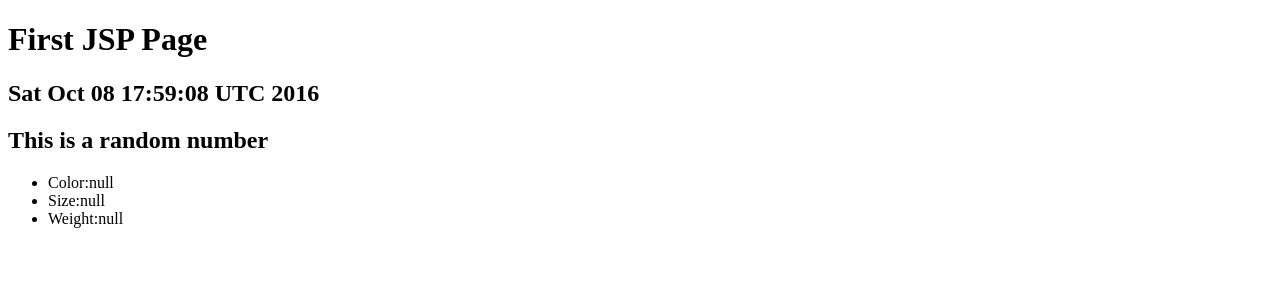
Repository: derekpwwong/jee-workspace
Page: http://localhost/WebServlet/example.jsp
An editor plug-in stored every save of this project. The page is shown before and after the next save, followed by the edit.
The browser window is 1280 px wide. The pictures show the whole page.
The page is served by Tomcat 9.

Above is the page before, as saved 2016-11-05 18:22:45.

After the next save:
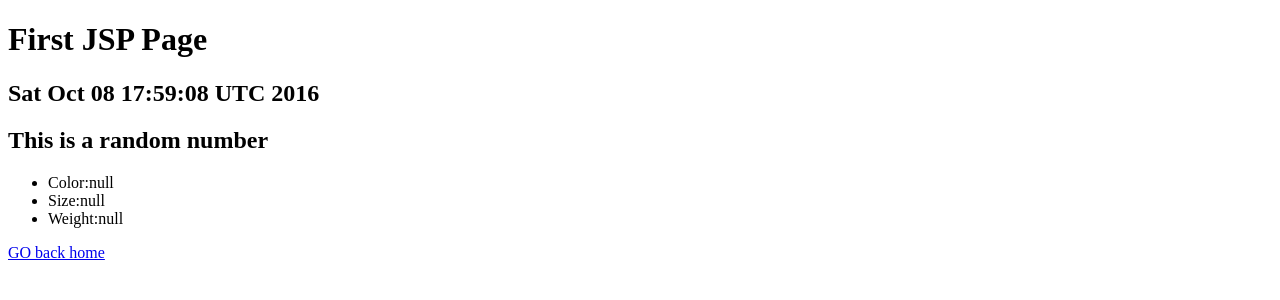
Saved 3 min 46 s later.
--- a/workspace/workspace/WebServlet/WebContent/example.jsp
+++ b/workspace/workspace/WebServlet/WebContent/example.jsp
@@ -15,5 +15,6 @@
 		<li>Size:<%= request.getParameter("size") %></li>
 		<li>Weight:<%= request.getParameter("weight") %></li>
 	</ul>
+	<a href="/index.html">GO back home</a>
 </body>
 </html>
